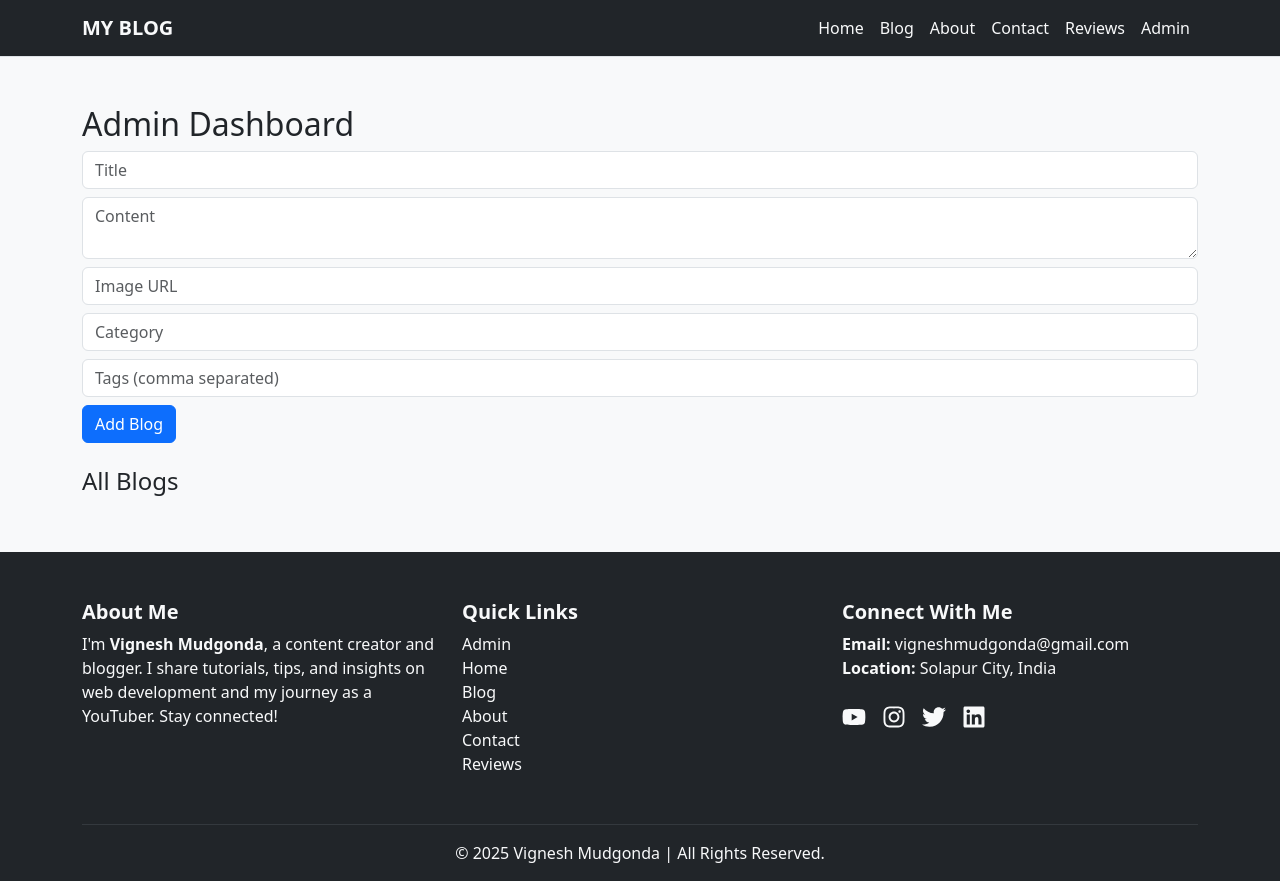
Repository: vigneshmudgonda/Blog2
Page: /admin (app in blog-frontend-full/)
The author's editor kept a copy of each file at every save. The page is drawn from the files as they stood at one save, then again after the next save.
The browser window is 1280 px wide. The pictures show the whole page.
The page's requests for data from a server got no answer. The project was rebuilt for these pictures with package versions that can differ from the ones it lists, and the page was loaded fresh each time. No one was signed in, and anything a server would have sent is missing. Also part of the build but not shown: blog-frontend-full/src/services/api.js, blog-frontend-full/src/pages/Home.js, blog-frontend-full/src/pages/BlogList.js, blog-frontend-full/src/pages/BlogDetail.js, blog-frontend-full/src/pages/Reviews.js, blog-frontend-full/src/pages/Contact.js, blog-frontend-full/src/pages/About.js, blog-frontend-full/src/pages/AdminLogin.js and 2 more.

Above is the page before, as saved 2025-08-19 20:45:52.

### blog-frontend-full/public/index.html
<!DOCTYPE html>
<html lang="en">
  <head>
    <meta charset="utf-8" />
    <meta name="viewport" content="width=device-width, initial-scale=1" />
    <title>My Blog</title>
    <meta name="description" content="Personal blog powered by React + Bootstrap" />
    <link rel="icon" href="%PUBLIC_URL%/favicon.ico" />
  </head>
  <body>
    <noscript>You need to enable JavaScript to run this app.</noscript>
    <div id="root"></div>
  </body>
</html>

### blog-frontend-full/src/index.js
import React from 'react';
import { createRoot } from 'react-dom/client';
import { BrowserRouter } from 'react-router-dom';
import App from './App';
import 'bootstrap/dist/css/bootstrap.min.css';
import 'bootstrap/dist/js/bootstrap.bundle.min.js';
import './index.css';

const root = createRoot(document.getElementById('root'));
root.render(
  <BrowserRouter>
    <App/>
  </BrowserRouter>
);

### blog-frontend-full/src/App.js
import React from 'react';
import { Routes, Route } from 'react-router-dom';
import Navbar from './components/Navbar';
import Footer from './components/Footer';
import Home from './pages/Home';
import BlogList from './pages/BlogList';
import BlogDetail from './pages/BlogDetail';
import Reviews from './pages/Reviews';
import Contact from './pages/Contact';
import About from './pages/About';
import AdminLogin from './pages/AdminLogin';

import AdminDashboard from "./pages/AdminDashboard";
import YoutubeVideos from "./pages/YoutubeVideos";
import PrivateRoute from "./components/PrivateRoute";

export default function App(){
  return (
    <div className="d-flex flex-column min-vh-100">
      <Navbar/>
      <main className="flex-grow-1">
        <Routes>
          <Route path="/" element={<Home/>} />
          <Route path="/blog" element={<BlogList/>} />
          <Route path="/blog/:id" element={<BlogDetail/>} />
          <Route path="/reviews" element={<Reviews/>} />
          <Route path="/contact" element={<Contact/>} />
          <Route path="/about" element={<About/>} />
          <Route path="/login" element={<AdminLogin/>} />

          <Route path="/admin" element={<AdminDashboard />} />
          <Route path="/youtube" element={<YoutubeVideos />} />
             <Route
          path="/admin"
          element={
            <PrivateRoute>
              <AdminDashboard />
            </PrivateRoute>
          }
        />
        </Routes>
      </main>
      <Footer/>
    </div>
  );
}

### blog-frontend-full/src/index.css
:root{--radius:1.25rem}
body{background:#f8f9fa}
.shadow-soft{box-shadow:0 .5rem 1rem rgba(0,0,0,.08)}
.rounded-2xl{border-radius:var(--radius)}
.hero{background:linear-gradient(180deg,#ffffff 0%,#f4f6f8 100%)}
.post-card img{object-fit:cover;height:180px}
a{text-decoration:none}

### blog-frontend-full/src/components/Navbar.js
import React from 'react';
import { Link, NavLink } from 'react-router-dom';

export default function Navbar(){
  return (
    <nav className="navbar navbar-expand-lg bg-dark border-bottom sticky-top">
      <div className="container">
        <Link className="navbar-brand fw-bold text-light " to="/">MY BLOG</Link>
        <button className="navbar-toggler" type="button" data-bs-toggle="collapse" data-bs-target="#nav">
          <span className="navbar-toggler-icon"></span>
        </button>
        <div id="nav" className="collapse navbar-collapse ">
          <ul className="navbar-nav ms-auto">
            <li className="nav-item"><NavLink end className="nav-link text-light " to="/">Home</NavLink></li>
            <li className="nav-item"><NavLink className="nav-link text-light " to="/blog">Blog</NavLink></li>
            <li className="nav-item"><NavLink className="nav-link text-light " to="/about">About</NavLink></li>
            <li className="nav-item"><NavLink className="nav-link text-light " to="/contact">Contact</NavLink></li>
            <li className="nav-item"><NavLink className="nav-link text-light " to="/reviews">Reviews</NavLink></li>
            <li className="nav-item"><NavLink className="nav-link text-light " to="/login">Admin</NavLink></li>
          </ul>
        </div>
      </div>
    </nav>
  );
}

### blog-frontend-full/src/components/Footer.js
import React from "react";
import { Link } from "react-router-dom";
import {
  FaYoutube,
  FaInstagram,
  FaTwitter,
  FaLinkedin,
} from "react-icons/fa";

export default function Footer() {
  return (
    <footer className="bg-dark text-light pt-5 pb-3 mt-5">
      <div className="container">
        <div className="row">
          {/* About Me */}
          <div className="col-md-4 mb-3">
            <h5 className="fw-bold">About Me</h5>
            <p>
              I'm <strong>Vignesh Mudgonda</strong>, a content creator and
              blogger. I share tutorials, tips, and insights on web development
              and my journey as a YouTuber. Stay connected!
            </p>
          </div>

          {/* Quick Links */}
          <div className="col-md-4 mb-3">
            <h5 className="fw-bold">Quick Links</h5>
            <ul className="list-unstyled">
              <li><Link to="/admin" className="text-light text-decoration-none">Admin</Link></li>
              <li><Link to="/" className="text-light text-decoration-none">Home</Link></li>
              <li><Link to="/blog" className="text-light text-decoration-none">Blog</Link></li>
              <li><Link to="/about" className="text-light text-decoration-none">About</Link></li>
              <li><Link to="/contact" className="text-light text-decoration-none">Contact</Link></li>
              <li><Link to="/reviews" className="text-light text-decoration-none">Reviews</Link></li>
            </ul>
          </div>

          {/* Connect With Me */}
          <div className="col-md-4 mb-3">
            <h5 className="fw-bold">Connect With Me</h5>
            <p>
              <strong>Email:</strong>{" "}
              <a
                href="mailto:vigneshmudgonda@gmail.com"
                className="text-light text-decoration-none"
              >
                vigneshmudgonda@gmail.com
              </a>
              <br />
              <strong>Location:</strong> Solapur City, India
            </p>
            <div className="d-flex gap-3 fs-4">
              <a href="https://youtube.com" className="text-light"><FaYoutube /></a>
              <a href="https://instagram.com" className="text-light"><FaInstagram /></a>
              <a href="https://twitter.com" className="text-light"><FaTwitter /></a>
              <a href="https://linkedin.com" className="text-light"><FaLinkedin /></a>
            </div>
          </div>
        </div>

        <hr className="border-secondary" />
        <p className="text-center mb-0">
          © 2025 Vignesh Mudgonda | All Rights Reserved.
        </p>
      </div>
    </footer>
  );
}

### blog-frontend-full/src/pages/AdminDashboard.js
// src/pages/AdminDashboard.js
import React, { useEffect, useState } from "react";
import axios from "axios";

const API_URL = process.env.REACT_APP_API_URL || "http://localhost:5000";

export default function AdminDashboard() {
  const [blogs, setBlogs] = useState([]);
  const [form, setForm] = useState({ title: "", content: "", image: "", category: "", tags: "" });

  const fetchBlogs = async () => {
    const { data } = await axios.get(`${API_URL}/api/blogs`);
    setBlogs(data.blogs);
  };

  useEffect(() => {
    fetchBlogs();
  }, []);

  const handleChange = (e) => {
    setForm({ ...form, [e.target.name]: e.target.value });
  };

  const handleSubmit = async (e) => {
    e.preventDefault();
    await axios.post(`${API_URL}/api/blogs`, { ...form, tags: form.tags.split(",") });
    setForm({ title: "", content: "", image: "", category: "", tags: "" });
    fetchBlogs();
  };

  const deleteBlog = async (id) => {
    await axios.delete(`${API_URL}/api/blogs/${id}`);
    fetchBlogs();
  };

  return (
    <div className="container mt-5">
      <h2>Admin Dashboard</h2>

      {/* Create Blog */}
      <form className="mb-4" onSubmit={handleSubmit}>
        <input className="form-control mb-2" placeholder="Title" name="title" value={form.title} onChange={handleChange} />
        <textarea className="form-control mb-2" placeholder="Content" name="content" value={form.content} onChange={handleChange}></textarea>
        <input className="form-control mb-2" placeholder="Image URL" name="image" value={form.image} onChange={handleChange} />
        <input className="form-control mb-2" placeholder="Category" name="category" value={form.category} onChange={handleChange} />
        <input className="form-control mb-2" placeholder="Tags (comma separated)" name="tags" value={form.tags} onChange={handleChange} />
        <button className="btn btn-primary">Add Blog</button>
      </form>

      {/* Blog List */}
      <h4>All Blogs</h4>
      <ul className="list-group">
        {blogs.map((blog) => (
          <li key={blog._id} className="list-group-item d-flex justify-content-between align-items-center">
            {blog.title}
            <button className="btn btn-danger btn-sm" onClick={() => deleteBlog(blog._id)}>Delete</button>
          </li>
        ))}
      </ul>
    </div>
  );
}

After the next save:
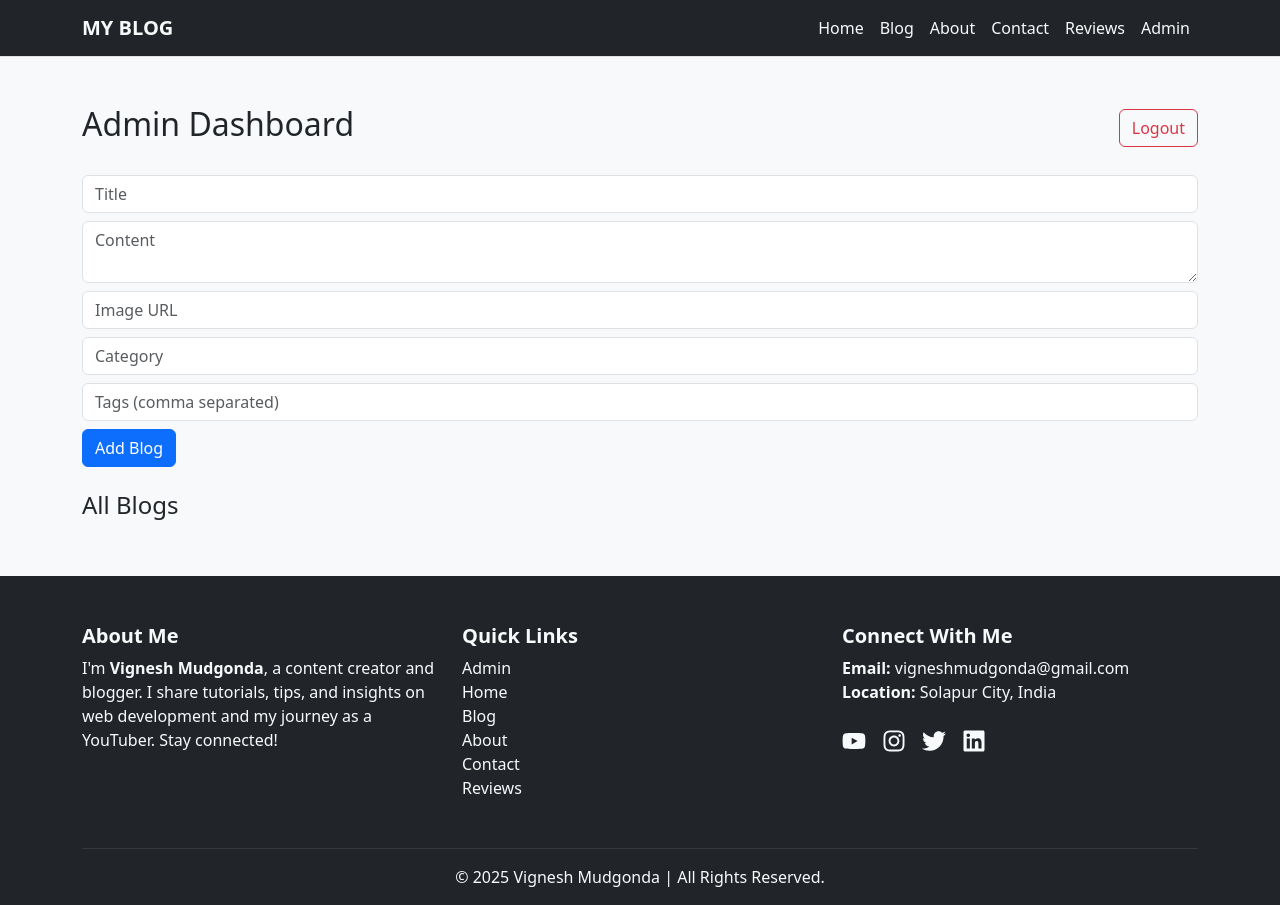
Saved 2 min 10 s later.
--- a/blog-frontend-full/src/pages/AdminDashboard.js
+++ b/blog-frontend-full/src/pages/AdminDashboard.js
@@ -1,12 +1,14 @@
 // src/pages/AdminDashboard.js
 import React, { useEffect, useState } from "react";
 import axios from "axios";
+import { useNavigate } from "react-router-dom";
 
 const API_URL = process.env.REACT_APP_API_URL || "http://localhost:5000";
 
 export default function AdminDashboard() {
   const [blogs, setBlogs] = useState([]);
   const [form, setForm] = useState({ title: "", content: "", image: "", category: "", tags: "" });
+  const navigate = useNavigate();
 
   const fetchBlogs = async () => {
     const { data } = await axios.get(`${API_URL}/api/blogs`);
@@ -33,9 +35,19 @@
     fetchBlogs();
   };
 
+  const handleLogout = () => {
+    localStorage.removeItem("token");   // clear token
+    navigate("/login");                 // redirect to login
+  };
+
   return (
     <div className="container mt-5">
-      <h2>Admin Dashboard</h2>
+      <div className="d-flex justify-content-between align-items-center mb-4">
+        <h2>Admin Dashboard</h2>
+        <button className="btn btn-outline-danger" onClick={handleLogout}>
+          Logout
+        </button>
+      </div>
 
       {/* Create Blog */}
       <form className="mb-4" onSubmit={handleSubmit}>
@@ -53,7 +65,9 @@
         {blogs.map((blog) => (
           <li key={blog._id} className="list-group-item d-flex justify-content-between align-items-center">
             {blog.title}
-            <button className="btn btn-danger btn-sm" onClick={() => deleteBlog(blog._id)}>Delete</button>
+            <button className="btn btn-danger btn-sm" onClick={() => deleteBlog(blog._id)}>
+              Delete
+            </button>
           </li>
         ))}
       </ul>

After the save that followed:
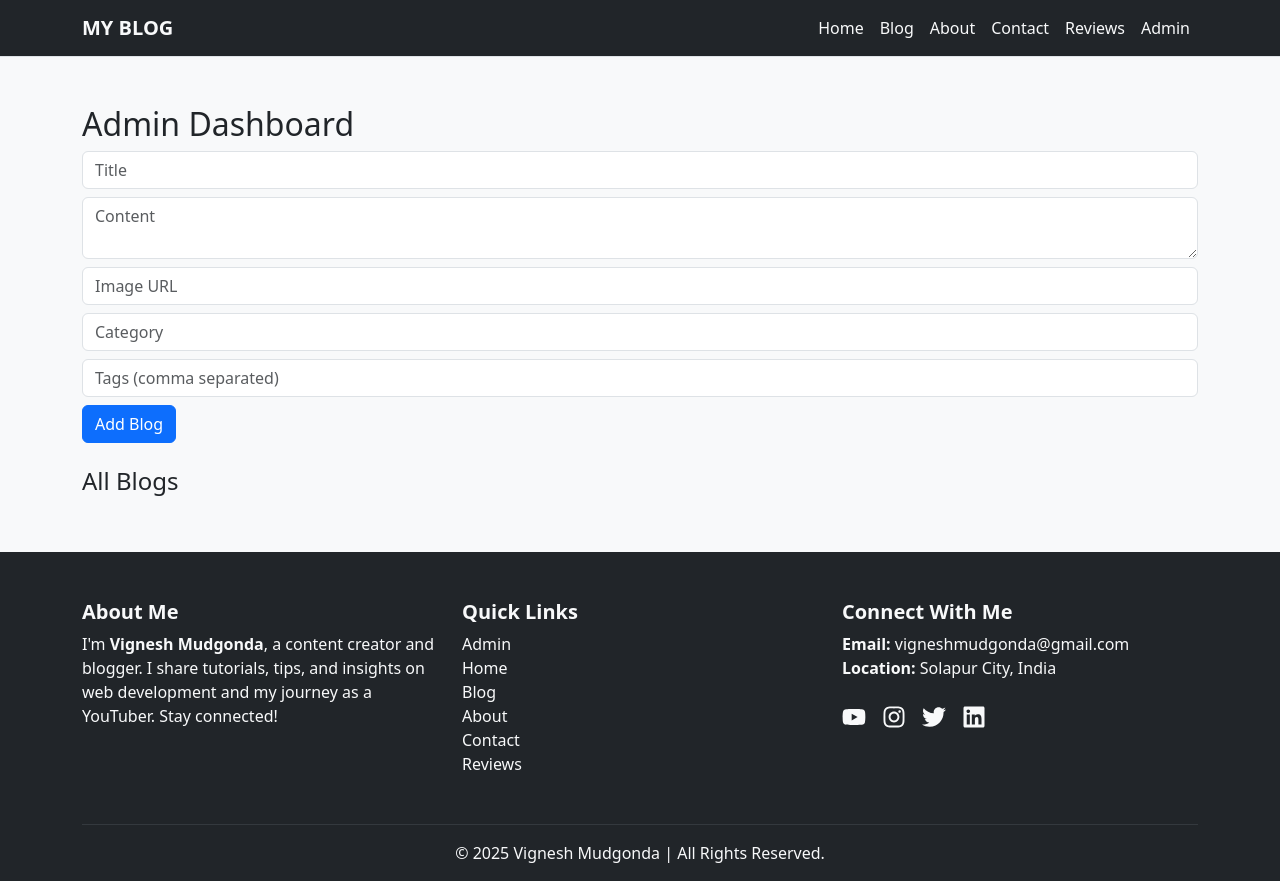
Saved 2 min 11 s later.
--- a/blog-frontend-full/src/pages/AdminDashboard.js
+++ b/blog-frontend-full/src/pages/AdminDashboard.js
@@ -1,14 +1,12 @@
 // src/pages/AdminDashboard.js
 import React, { useEffect, useState } from "react";
 import axios from "axios";
-import { useNavigate } from "react-router-dom";
 
 const API_URL = process.env.REACT_APP_API_URL || "http://localhost:5000";
 
 export default function AdminDashboard() {
   const [blogs, setBlogs] = useState([]);
   const [form, setForm] = useState({ title: "", content: "", image: "", category: "", tags: "" });
-  const navigate = useNavigate();
 
   const fetchBlogs = async () => {
     const { data } = await axios.get(`${API_URL}/api/blogs`);
@@ -35,19 +33,9 @@
     fetchBlogs();
   };
 
-  const handleLogout = () => {
-    localStorage.removeItem("token");   // clear token
-    navigate("/login");                 // redirect to login
-  };
-
   return (
     <div className="container mt-5">
-      <div className="d-flex justify-content-between align-items-center mb-4">
-        <h2>Admin Dashboard</h2>
-        <button className="btn btn-outline-danger" onClick={handleLogout}>
-          Logout
-        </button>
-      </div>
+      <h2>Admin Dashboard</h2>
 
       {/* Create Blog */}
       <form className="mb-4" onSubmit={handleSubmit}>
@@ -65,9 +53,7 @@
         {blogs.map((blog) => (
           <li key={blog._id} className="list-group-item d-flex justify-content-between align-items-center">
             {blog.title}
-            <button className="btn btn-danger btn-sm" onClick={() => deleteBlog(blog._id)}>
-              Delete
-            </button>
+            <button className="btn btn-danger btn-sm" onClick={() => deleteBlog(blog._id)}>Delete</button>
           </li>
         ))}
       </ul>
